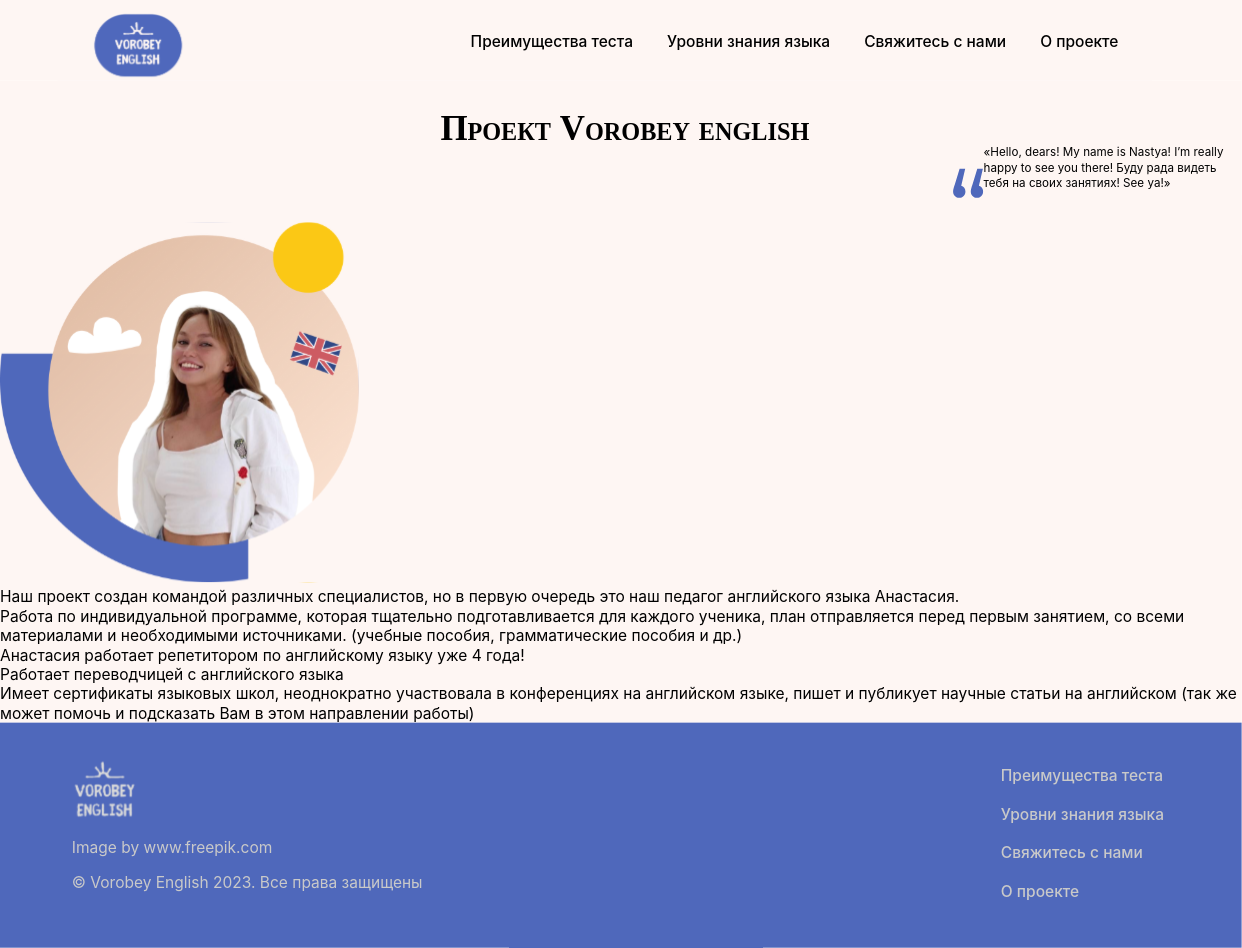
Repository: WladimirVA/PP-01-01_Dandelions
Page: info-customer.html
The author's editor kept a copy of each file at every save. The page is drawn from the files as they stood at one save, then again after the next save.
The browser window is 1280 px wide. The pictures show the whole page, at 97% of full size.

Above is the page before, as saved 2023-03-16 15:55:11.

### info-customer.html
<!DOCTYPE html>
<html lang="ru">
<head>
    <meta charset="UTF-8">
    <meta http-equiv="X-UA-Compatible" content="IE=edge">
    <meta name="viewport" content="width=device-width, initial-scale=1.0">
    <link href="./static/css/vorobey.css" rel="stylesheet" type="text/css">
    <link href="./static/css/style.css" rel="stylesheet" type="text/css">
    <link href="./static/css/test.css" rel="stylesheet" type="text/css">
    <link href="./static/css/fonts.css" rel="stylesheet" type="text/css">
    <link rel="icon" sizes="16x16" href="./static/img/Иконка _Лого_ (1_1).svg" type="image/x-icon">
    <title>Vorobeyenglish</title>
</head>
<body>
<header class="header" di="HOME">
    <div class="section">
        <div class="section-header">
            <div class="logo">
                <a href="./"><img src="./static/img/Иконка _Лого_ (1).svg"></a>
            </div>
            <nav>
                <ul class="header-nav">
                    <li><a class="link" href="/">Преимущества теста</a></li>
                    <li><a class="link" href="/">Уровни знания языка</a></li>
                    <li><a class="link" href="mailto:englishtest@yandex.ru">Свяжитесь с нами</a></li>
                    <li><a class="link" href="#">О проекте</a></li>
                </ul>
            </nav>
        </div>
    </div>
</header>
<main>
    <section class="PROECT_VOROBEY">
        <div class="section">
            <div class="content">
                <div class="vorobey-bloc1">
                    <div class="vorobey">
                        <h2>Проект Vorobey english</h2>
                        <div class="foto-vorobey">
                            <img src="./static/img/,,.svg">
                            <p>«Hello, dears! My name is Nastya! I’m really happy to see you there! Буду рада видеть тебя на своих занятиях! See ya!»</p>
                        </div>
                        <img src="./static/img/Group 88 2 1.svg">
                    </div>
                    <div class="help_vorobey">
                        <p>Наш проект создан командой различных специалистов, но в первую очередь это наш педагог английского языка Анастасия.</p>
                        <p>Работа по индивидуальной программе, которая тщательно подготавливается для каждого ученика, план отправляется перед первым занятием, со всеми материалами и необходимыми источниками. (учебные пособия, грамматические пособия и др.)</p>
                        <ul>
                            <li>Анастасия работает репетитором по английскому языку уже 4 года!</li>
                            <li>Работает переводчицей с английского языка </li>
                            <li>Имеет сертификаты языковых школ, неоднократно участвовала в конференциях на английском языке, пишет и публикует научные статьи на английском (так же может помочь и подсказать Вам в этом направлении работы)</li>
                        </ul>
                    </div>
                </div>
            </div>
        </div>
    </section>
</main>
<footer class="FOOTER">
    <div class="section-footer">
            <div class="footer-logo">
                <a href="./"><img src="./static/img/Vector (3).svg"></a>
                <p class="footer-logo-p">Image by www.freepik.com</p>
                <p class="footer-logo-p2">© Vorobey English 2023. Все права защищены</p>
            </div>
            <div class="footer-navi">
                <nav>
                    <ul class="footer-nav">
                        <li><a class="footer-link" href="/">Преимущества теста</a></li>
                        <li><a class="footer-link" href="/">Уровни знания языка</a></li>
                        <li><a class="footer-link" href="mailto:englishtest@yandex.ru">Свяжитесь с нами</a></li>
                        <li><a class="footer-link" href="#">О проекте</a></li>
                    </ul>
                </nav>
            </div>
    </div>
</footer>

</body>

</html>

### static/css/vorobey.css
.vorobey h2{
    font-family: 'Work Sans';
    font-style: normal;
    font-weight: 600;
    font-size: 36px;
    line-height: 48px;
    position: absolute;
    width: 458px;
    height: 48px;
    left: 454px;
    top: 108px;
    display: flex;
    align-items: center;
    text-align: center;
    font-variant: small-caps;
    color: #000000;
}

.foto-vorobey {
    display: flex;
    justify-content: flex-end;
}

.foto-vorobey p {
    width: 266px;
    height: 80px;
    left: 394px;
    top: 213px;
    font-family: 'Inter';
    font-style: normal;
    font-weight: 400;
    font-size: 12px;
    line-height: 16px;
    color: #000000;
}

### static/css/style.css
body {
    scroll-behavior: smooth;
    align-items: center;
    width: 100%;
    max-width: 1366px;
    margin: auto;
    font-family: 'Inter', 'Work Sans', "NunitoSans-Light", Arial, Helvetica, sans-serif;
}

.section {
    margin: 0 auto;
    max-width: 1366px;
}

* {
    margin: 0;
    padding: 0;
}
.header {
    padding: 0 92px 0 59px;
    background-color: #FEF6F3;
}
.section-header {
    justify-content: space-between;
    height: 83px;
    width: 100%;
    display: flex;
    align-items: center;
}
.logo {
    width: 84px;
    height: auto;
}
.header-nav {
    display: flex;
    list-style-type: none;
}
.link {
    text-decoration: none;
    /* cursor: pointer; */
    font-family: 'Inter';
    font-weight: 500;
    font-size: 16px;
    line-height: 19px;
    color: #000000;
}
.header-nav li {
    margin-right: 35px;
}

.HOME {
    padding: 0 92px 108px 93px;
    background-color: #FEF6F3;
}
.section-home {
    align-items: center;
    display: flex;
    justify-content: space-between;
    margin-top: -90px;
}


.title {
    font-family: 'Work Sans';
    font-style: normal;
    font-weight: 600;
    font-size: 40px;
    line-height: 48px;
    display: flex;
    align-items: center;
    letter-spacing: 0.02em;
    text-transform: uppercase;
}
.home_p {
    font-family: 'Work Sans';
    font-style: normal;
    font-weight: 400;
    font-size: 20px;
    line-height: 24px;
    margin-top: 43px;
}

.home_ul {
    margin-top: 35px;
}
.home_li {
    list-style-type: none;
    margin-top: 12px;
    font-family: 'Inter';
    font-style: normal;
    font-weight: 400;
    font-size: 16px;
    line-height: 20px;
}

.check {
    margin-bottom: -7px;
    margin-right: 16px;
}

.buttonsHome {
    margin-top: 68px;
}
.button_home {
    background: #FBC815;
    border-radius: 50px;
    width: 267px;
    height: 56px;
    font-family: 'Inter';
    font-style: normal;
    font-weight: 700;
    font-size: 20px;
    line-height: 24px;
    border: 0;
    cursor: pointer;
}

.button_home:hover {
    background-color: #BC9F3B;
}

.button_home:active {
    background-color: #FDE07D;
}

.image-home {
    max-width: 747px;
    max-height: 496px;
}

.title_2 {
    display: block;
    padding-top: 68px;
    text-transform: none;
    font-family: 'Work Sans';
    font-style: normal;
    font-weight: 800;
    font-size: 36px;
    line-height: 48px;
    align-items: center;
    text-align: center;
}

.WHY-TEST {
    background-color: #FDE4D3;
    Height: 616px;
}

.section-home-2 {
    align-items: center;
    display: flex;
    justify-content: space-around;
    margin-top: 20px;
}

.home-text {
    width: 490px;
}

.p-text {
    margin-top: 32px;
}

.ADVAN_TEST {
    background: #4F68BB;
    color: white;
    height: 665px;
    padding-top: 63px;
    /* margin-top: 120px; */
}

.content_img {
    margin-top: -215px;
    text-align: end;
    margin-right: 50px;
}

.rot-sheet {
    margin: 0 -34px 90px 0px;
}

.rot-sheet-1 {
    margin: 0 -35px 90px 0px;
}

.rot-img1 {
    width: 117px;
    margin-top: 11px;
    margin-right: -20px;
}

.rot-img2 {
    width: 65px;
    margin-bottom: -35px;
}

.rot-img3 {
    width: 78px;
    margin-bottom: 20px;
    margin-left: -20px;
}

img.rot {
    animation: 1s linear 0s normal none infinite running rot;
    -webkit-animation: 4s linear 0s normal none infinite running rot;
    /* width: 100px; */
  }
  @keyframes rot {
    0% {
      transform: rotate(0deg);
    }
    100% {
      transform: rotate(360deg);
    }
  }
  @-webkit-keyframes rot {
    0% {
      transform: rotate(0deg);
    }
    100% {
      transform: rotate(360deg);
    }
  }

  img.rot1 {
    animation: 1s linear 0s normal none infinite running rot1;
    -webkit-animation: 4s linear 0s normal none infinite running rot1;
    /* width: 100px; */
  }
  @keyframes rot1 {
    0% {
      transform: rotate(360deg);
    }
    100% {
      transform: rotate(0deg);
    }
  }
  @-webkit-keyframes rot1 {
    0% {
      transform: rotate(0deg);
    }
    100% {
      transform: rotate(360deg);
    }
  }


.content-ADVAN_TEST {
    display: flex;
    justify-content: space-evenly;
    margin-top: 60px;
}

.test-info {
   width: 300px;
}



.title_3 {
    /* margin-top: 36px; */
    display: block;
    text-transform: none;
    font-family: 'Work Sans';
    font-style: normal;
    font-weight: 800;
    font-size: 36px;
    line-height: 48px;
    align-items: center;
    text-align: center;
}

.advan-test {
    margin: 30px 0 30px 0;
    font-style: normal;
    font-weight: 700;
    font-size: 24px;
    line-height: 32px;
}

.advan-test-p {
    font-style: normal;
    font-weight: 400;
    font-size: 18px;
    line-height: 24px;
}

.advan-test-p-2 {
    margin: 95px 0 0 115px;
    max-width: 1135px;
}

.container {
    display: grid;
    grid-template-columns: repeat(3, 295px);
    justify-items: stretch;
    justify-content: space-around;;
    grid-template-rows: 100px 100px 100px;
    row-gap:  280px;
    margin-top: -30px;
}

.text_test img {
    margin-left: 700px;
}

.container-box h3 {
    font-style: normal;
    font-weight: 700;
    font-size: 32px;
    line-height: 36px;
}

.container-box-p {
    font-style: normal;
    font-weight: 700;
    font-size: 24px;
    line-height: 32px;
    margin: 60px 0 15px 0;
}

.container-box-p2 {
    font-style: normal;
    font-weight: 400;
    font-size: 16px;
    line-height: 24px;
}

.LANGUAGE_LEVELS {
    background-color:  #FEF6F3;
}

.content {
    padding-top: 66px;
}

.container-box {
    position: relative;
}

.box-1 h3 {
    position: absolute;
}

.cloud {
    margin: -11px 0 0 -80px;
    position: absolute;
}

.ball {
    display: block;
    position: inherit;
    margin-left:195px;
    margin-top: 30px;
}

.ball-2 {
    margin-left: 180px;
}

.ball-3 {
    display: block;
    margin-left: 335px;
    margin-top: -199px;
}

.button {
    text-align: center;
    background: #F03F5A;
    cursor: pointer;
    border-radius: 30px;
    border: 0;
}

.TEST {
    background-color: #FBCDA6;
    height: 352px;
}

.test_button {
    margin-top: 30px;
    width: 267px;
    height: 56px;
    font-family: 'Inter';
    font-style: normal;
    font-weight: 700;
    font-size: 20px;
    line-height: 24px;
}

.test_button:hover {
    background-color: #B45060;
}

.test_button:active {
    background-color: #F893A3;
}

.test-now {
    display: flex;
    justify-content: space-between;
    margin-left: 89px;
}

.test-now-text {
    text-align: center;
    margin-top: 15px;
}

.test-now-img {
    margin-top: -159px;
}

.FOOTER {
    background: #4F68BB;
    height: 232px;
    color: #C9C9C9;
}

.footer-logo-p {
    margin-top: -65px;
    margin-left: 74px;
}

.footer-logo-p2 {
    margin-top: 16px;
    margin-left: 74px;
}


.section-footer {
    display: flex;
    justify-content: space-between;
    align-items: center;
    max-width: 1200px;
}

.footer-logo {
    margin-top: -37px;
}

.footer-logo img {
    margin-top: -20px;
}

.footer-navi {
    margin-top: 34px;
}

.footer-nav {
    display: grid;
    list-style-type: none;
    line-height: 2.5;
}

.footer-link {
    text-decoration: none;
    font-family: 'Inter';
    font-weight: 500;
    font-size: 16px;
    line-height: 19px;
    color: #C9C9C9;
    list-style-type: none;
}

.footer-link:hover {
    /* transform: scale(1.2); */
    text-decoration:underline;
}

### static/css/test.css
.header {
    max-width: 1366px;
    max-height: 825px;
    background-color: #FEF6F3;
}
.section {
    width:100%;
    height:100%;
    background-color: #FEF6F3;
}

.quiz-box {
    padding: 146px 0 0 135px;
}

.quiz-header ul {
    line-height: 24px;
    /* width: 214px; */
    font-family: 'Inter';
    font-style: normal;
    font-weight: 400;
    font-size: 20px;
    line-height: 35px;
    list-style-type: none;
}

.quiz-header {
    font-family: 'Inter';
    font-style: normal;
    font-weight: 400;
    font-size: 16px;
    line-height: 20px;
}

.quiz-header h2 {
    margin-bottom: 40px;
}

.button-test {
    padding: 17px 0 47px 0;

}

.test_button {
    background: #4F68BB;
    color:#FFFFFF;
    cursor: pointer;
}

#submit:hover {
    background-color: #1A307A;
}

#submit:active {
    background-color: #97A7DD;
}

.result {
    padding: 100px 0 0 0;
}

.title-result {
    text-align: center;
    align-items: center;
    text-align: center;
    letter-spacing: 0.02em;
    text-transform: uppercase;
    color: #000000;
    font-family: 'Work Sans';
    font-style: normal;
    font-weight: 600;
    font-size: 40px;
    line-height: 48px;
    margin-bottom: 54px;
}

.result1 {
    display: flex;
    justify-content: space-around;
    padding: 0 92px 0 166px;
}

.info-result-p {
    width: 615px;
    height: 235px;
    font-family: 'Inter';
    font-style: normal;
    font-size: 24px;
    line-height: 32px;
    }

.level {
    margin-left: 45px;
}

.level p {
    margin: -85px 0 0 39px;
    font-family: 'Work Sans';
    font-style: normal;
    font-weight: 600;
    font-size: 40px;
    line-height: 48px;
}

/* .level-2 {
    margin-left: 220px;
} */

.lavel-1 {
    font-family: 'Work Sans';
    margin-top: 50px;
    font-style: normal;
    font-weight: 700;
    font-size: 36px;
    line-height: 48px;
    }

.share {
    position: absolute;
}

.share p {
    font-family: 'Inter';
    font-style: normal;
    font-weight: 700;
    font-size: 20px;
    line-height: 24px;
}

.share-img {
    display: flex;
}

.share-img img {
    /* margin: 16px 30px 0 0; */
    padding: 16px 30px 0 0;
}

.appeal {
    display: flex;
    justify-content: space-between;
    background-size: 100%;
    background-color: #FDE4D3;
    padding-top: 75px;
    padding: 70px 195px 0 195px;
    margin-top: 165px;
}

.appeal button {
    width: 320px;
    height: 65px;
}

#application {
    background-color: #F03F5A;
}

#application:hover {
    background-color: #B45060;
}

#application:active {
    background-color: #F893A3;
}

.appeal-text {
    font-family: 'Inter';
    font-style: normal;
    font-size: 24px;
    line-height: 32px;
}

.appeal-text button {
    margin-top: -10px;
}

.appeal img {
    /* margin-right: 180px; */
    padding-top: 20px;
}

.appeal-text p {
    width: 484px;
    height: 154px;
}

### static/css/fonts.css
/* @import url('https://fonts.googleapis.com/css2?family=Work+Sans:ital,wght@0,600;0,800;1,800&display=swap'); */


/* @import url('https://fonts.googleapis.com/css2?family=Inter:wght@400;500;600;700;800&family=Work+Sans:ital,wght@0,600;0,800;1,800&display=swap'); */

/*
@import url('https://fonts.googleapis.com/css2?family=Inter:wght@100;200;300;400;500;600;700;800;900&display=swap');

@import url('https://fonts.googleapis.com/css2?family=Inter:wght@100;200;300;400;500;600;700;800;900&family=Work+Sans:ital,wght@0,100;0,200;0,300;0,400;0,500;0,600;0,700;0,800;0,900;1,100;1,200;1,300;1,400;1,500;1,600;1,700;1,800;1,900&display=swap'); */

After the next save:
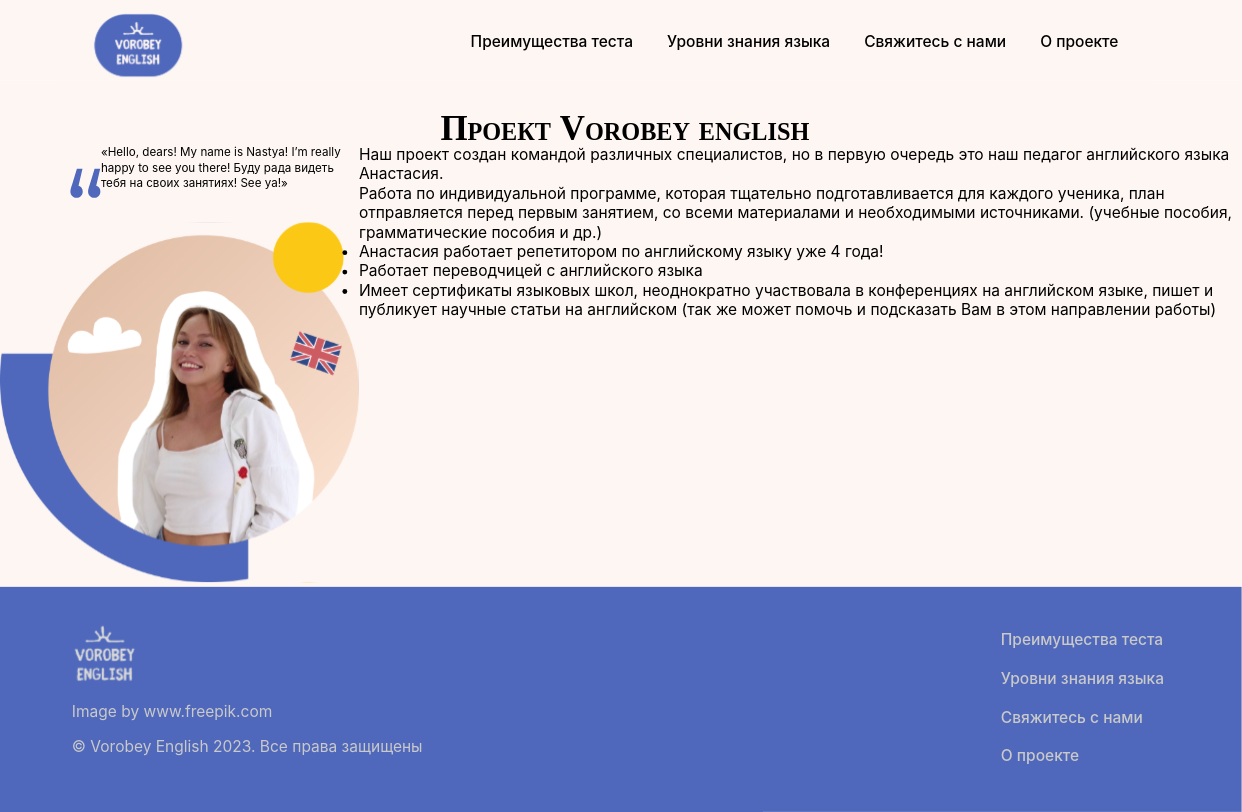
Saved 16 s later.
--- a/static/css/vorobey.css
+++ b/static/css/vorobey.css
@@ -33,3 +33,7 @@
     line-height: 16px;
     color: #000000;
 }
+
+.vorobey-bloc1 {
+    display: flex;
+}
